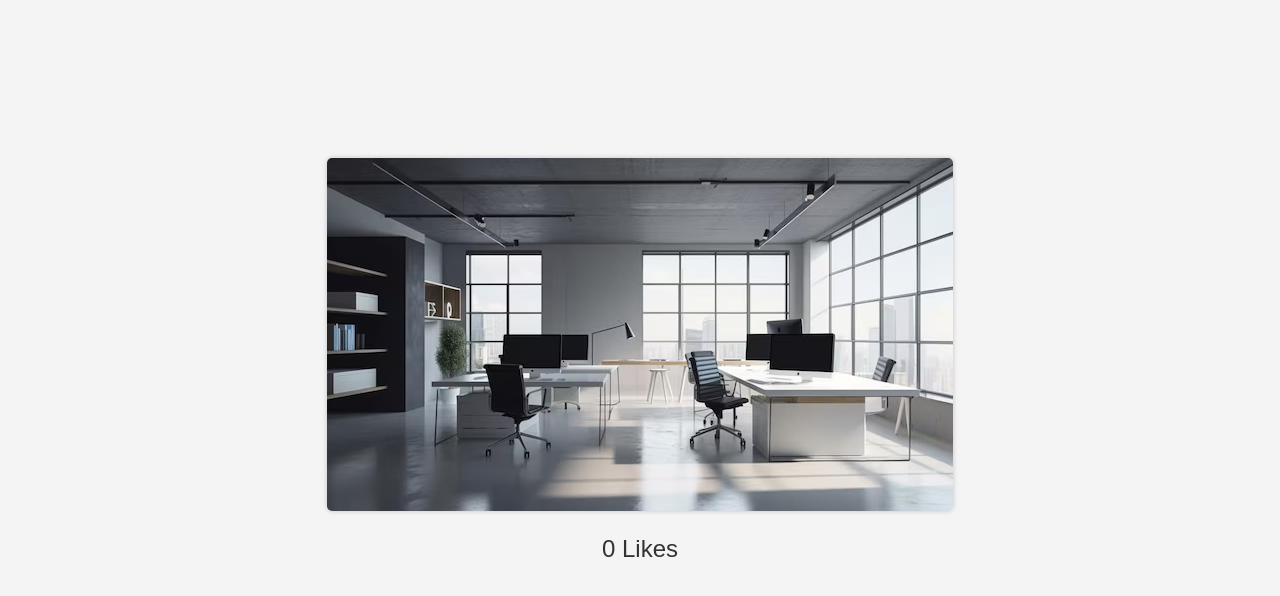
Repository: Chaimaa482/web2-tp2
Page: likes.html
The author's editor kept a copy of each file at every save. The page is drawn from the files as they stood at one save, then again after the next save.
The browser window is 1280 px wide. The pictures show the whole page.

Above is the page before, as saved 2024-02-12 10:49:59.

After the next save:
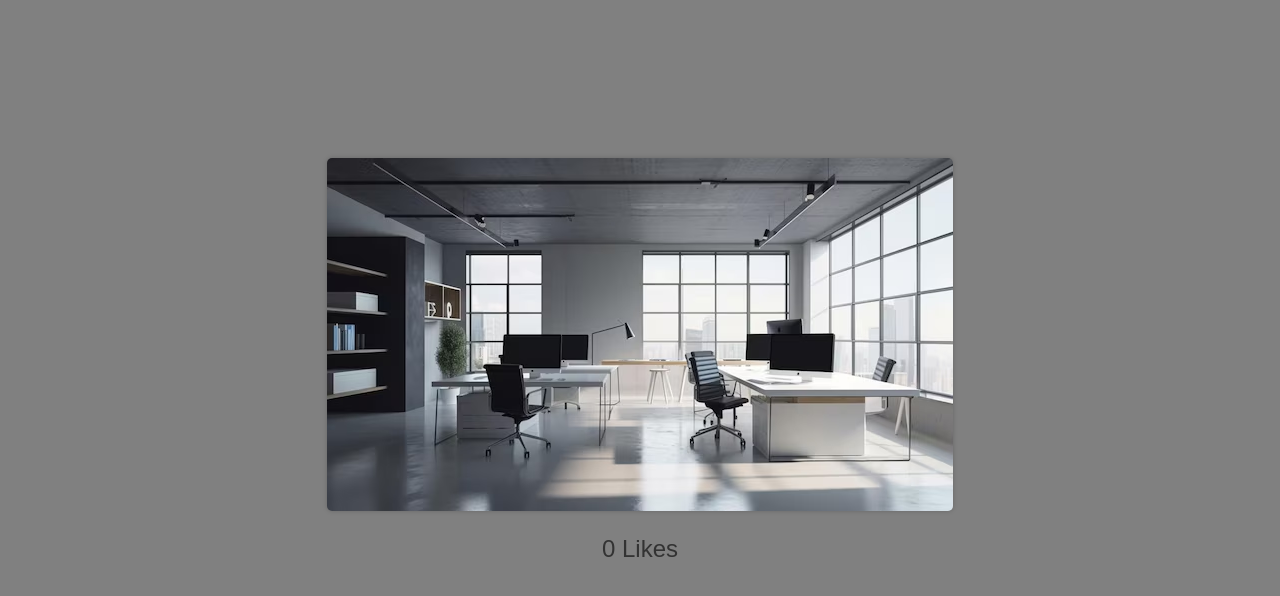
Saved 50 s later.
--- a/likes.html
+++ b/likes.html
@@ -13,7 +13,7 @@
     justify-content: center;
     align-items: center;
     height: 100vh;
-    background-color: #f4f4f4;
+    background-color: grey;
   }
 
   .container {
